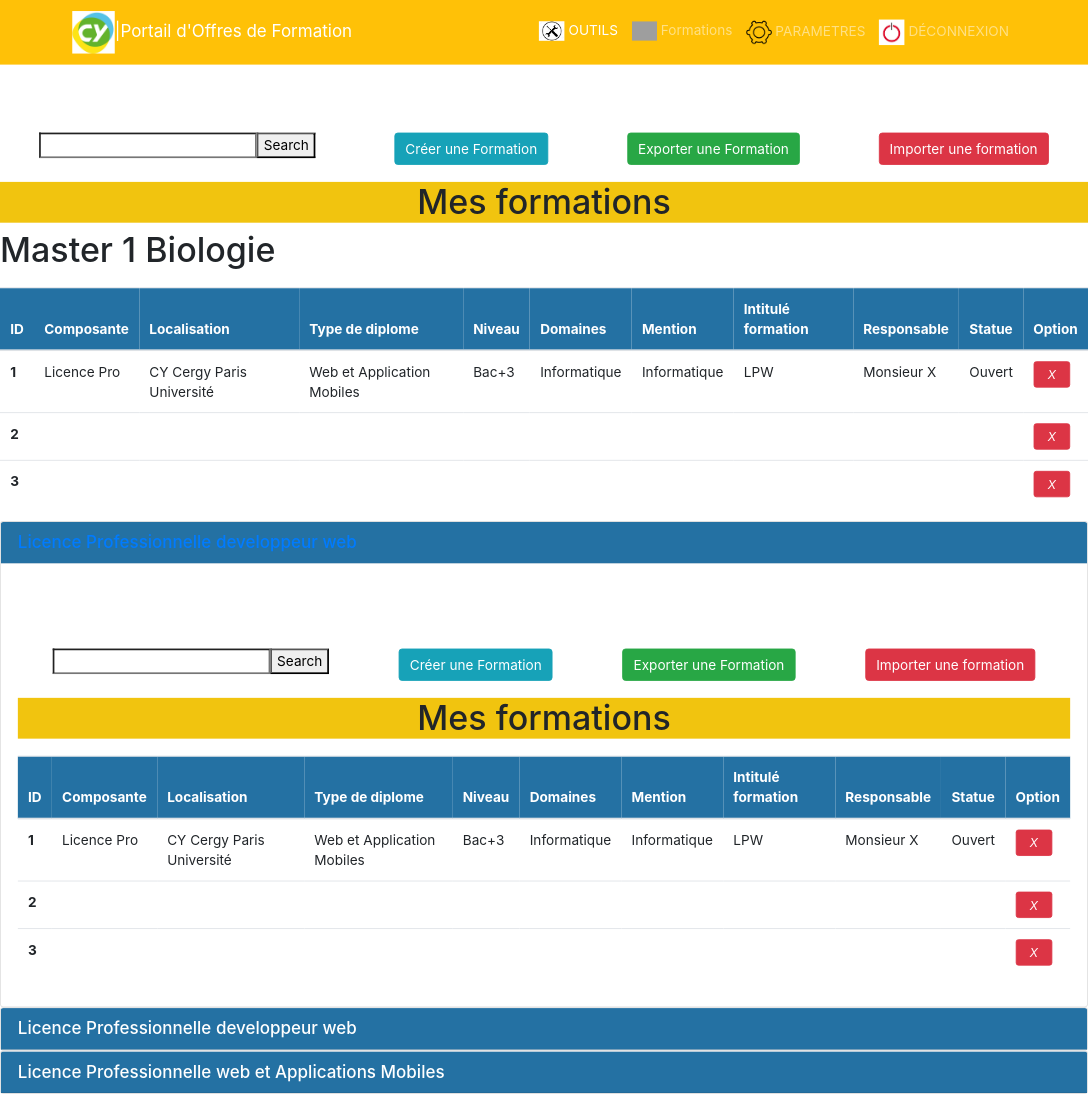
Repository: BaldeThierno1990/Projet-1-formation-tableau-generique-vue-export
Page: / (app in mcc/)
These files come from the project's save history. The page is drawn as it stood at one moment and after the next save; the edit follows.
The browser window is 1280 px wide. The pictures show the whole page, at 85% of full size.
Pictures or frames that could not be fetched are drawn as grey boxes. The project was rebuilt for these pictures with package versions that can differ from the ones it lists, and the page was loaded fresh each time.

Above is the page before, as saved 2021-03-22 14:47:43.

### mcc/src/main.js
import Vue from 'vue'
import App from './App.vue'

import 'bootstrap';
import 'bootstrap/dist/css/bootstrap.min.css';

Vue.config.productionTip = false

new Vue({
  render: h => h(App),
}).$mount('#app')

### mcc/src/App.vue
<template>
  <div id="app">

  <v-header></v-header>
  <v-tableau></v-tableau>
  <v-formation></v-formation>
  <v-footer></v-footer>


  </div>
</template>

<script>
import VTableau from './components/tableau/Vtableau.vue'
import VHeader from './components/menu/VHeader.vue'
import VFormation from './components/tableau/VFormation.vue'
import VFooter from './components/footer/Vfooter.vue'
export default {
  name: 'App',
  components: {
  VHeader,
    VTableau,
    VFormation,
    VFooter

  }
}
</script>

<style>
#app {
  font-family: Avenir, Helvetica, Arial, sans-serif;
  -webkit-font-smoothing: antialiased;
  -moz-osx-font-smoothing: grayscale;
  text-align: center;
  color: #2c3e50;
}
#nav {
  padding: 30px;
}

### mcc/src/components/tableau/Vtableau.vue
<template>
<div class="table">
    <div class="parent">
        <div class="formation">
         <input type="search" id="site-search" name="q"
        aria-label="Search through site content">
        <button>Search</button></div>
        <div class="formation"><button type="button" class="btn btn-info">Créer une Formation</button></div>
          <div class="formation"><button type="button" class="btn btn-success">Exporter une Formation</button></div>
        <div class="formation"><button type="button" class="btn btn-danger">Importer une formation</button></div>



    </div>


    <div>
        <div class="menu">
        <h1> Mes formations</h1>
    </div>
    <div><h1>Master 1 Biologie</h1></div>
    <table class="table align-middle">

  <thead>
    <tr class="colonne">
      <th scope="col">ID</th>
      <th scope="col">Composante</th>
      <th scope="col">Localisation</th>
      <th scope="col">Type de diplome</th>
      <th scope="col">Niveau</th>
      <th scope="col">Domaines</th>
      <th scope="col">Mention</th>
      <th scope="col">Intitulé formation</th>
      <th scope="col">Responsable</th>
      <th scope="col">Statue</th>
      <th scope="col">Option</th>
    </tr>
  </thead>
  <tbody>
    <tr>
      <th scope="row">1</th>
       <td>Licence Pro</td>
      <td>CY Cergy Paris Université</td>
      <td>Web et Application Mobiles</td>
      <td>Bac+3</td>
      <td>Informatique</td>
      <td>Informatique</td>
      <td>LPW</td>
      <td>Monsieur X</td>
      <td>Ouvert</td>
      <td>
        <button type="button" class="btn btn-danger btn-sm px-3">
          <i class="fas fa-times">X</i>
        </button>
      </td>
    </tr>
    <tr>
      <th scope="row">2</th>
      <td></td>
      <td></td>
      <td></td>
      <td></td>
      <td></td>
      <td></td>
      <td></td>
      <td></td>
      <td></td>

      <td>
        <button type="button" class="btn btn-danger btn-sm px-3">
          <i class="fas fa-times">X</i>
        </button>
      </td>
    </tr>
    <tr>
      <th scope="row">3</th>
       <td></td>
      <td></td>
      <td></td>
      <td></td>
      <td></td>
      <td></td>
      <td></td>
      <td></td>
      <td></td>
      <td>
        <button type="button" class="btn btn-danger btn-sm px-3">
          <i class="fas fa-times">X</i>
        </button>
      </td>
    </tr>

  </tbody>
</table>
 </div>
</div>


</template>

<style>
.parent{
     display: flex;
     justify-content: space-around;
     margin-top: 80px;

}
.table{
    margin-top: 20px;
}
.colonne{
    background-color: #2471A3;
    color: white;
}
.menu{
    text-align: center;
    background-color: #F1C40F;
    margin-top: 20px;
}
</style>


<script>
export default {

}
</script>

### mcc/src/components/menu/VHeader.vue
<template>
<div class="header">
  <!-- Navigation -->
<nav class="navbar navbar-expand-lg navbar-dark bg-warning static-top">
  <div class="container">
    <a class="navbar-brand" href="#">
          <img src="@/assets/logo.jpg" alt="Logo" width="50">|Portail d'Offres de Formation
        </a>
    <button class="navbar-toggler" type="button" data-toggle="collapse" data-target="#navbarResponsive" aria-controls="navbarResponsive" aria-expanded="false" aria-label="Toggle navigation">
          <span class="navbar-toggler-icon"></span>
        </button>
    <div class="collapse navbar-collapse" id="navbarResponsive">
      <ul class="navbar-nav ml-auto">
        <li class="nav-item active">
          <a class="nav-link" href="#"> <img src="@/assets/icone_outils.jpg" alt="Outils" width="30"> OUTILS
                <span class="sr-only">(current)</span>
              </a>
        </li>

        <li class="nav-item">
          <a class="nav-link" href="#"><img src="@/assets/icone_formation.png" alt="Formation" width="30">  Formations</a>
        </li>
        <li class="nav-item">
          <a class="nav-link" href="#"><img src="@/assets/icone_parametre.png" alt="Parametre" width="30">  PARAMETRES</a>
        </li>
         <li class="nav-item">
          <a class="nav-link" href="#"> <img src="@/assets/icone_deconnexion.jpeg" alt="Formation" width="30"> DÉCONNEXION</a>
        </li>
      </ul>
    </div>
  </div>
</nav>
</div>

</template>

### mcc/src/components/tableau/VFormation.vue
<template>
    <div id="accordion" role="tablist">
  <div class="card">
    <div class="card-header" role="tab" id="heading">
      <h5 class="mb-0">
        <a data-toggle="collapse" href="#collapseOne" aria-expanded="true" aria-controls="collapseOne">
       Licence Professionnelle developpeur web
        </a>
      </h5>
</div>
<div id="collapseOne" class="collapse show" role="tabpanel" aria-labelledby="headingOne" data-parent="#accordion">
      <div class="card-body">
       <div class="table">
    <div class="parent">
        <div class="formation">
         <input type="search" id="site-search" name="q"
        aria-label="Search through site content">
        <button>Search</button></div>
        <div class="formation"><button type="button" class="btn btn-info">Créer une Formation</button></div>
          <div class="formation"><button type="button" class="btn btn-success">Exporter une Formation</button></div>
        <div class="formation"><button type="button" class="btn btn-danger">Importer une formation</button></div>



    </div>


    <div>
        <div class="menu">
        <h1> Mes formations</h1>
    </div>
    <table class="table align-middle">

  <thead>
    <tr class="colonne">
      <th scope="col">ID</th>
      <th scope="col">Composante</th>
      <th scope="col">Localisation</th>
      <th scope="col">Type de diplome</th>
      <th scope="col">Niveau</th>
      <th scope="col">Domaines</th>
      <th scope="col">Mention</th>
      <th scope="col">Intitulé formation</th>
      <th scope="col">Responsable</th>
      <th scope="col">Statue</th>
      <th scope="col">Option</th>
    </tr>
  </thead>
  <tbody>
    <tr>
      <th scope="row">1</th>
       <td>Licence Pro</td>
      <td>CY Cergy Paris Université</td>
      <td>Web et Application Mobiles</td>
      <td>Bac+3</td>
      <td>Informatique</td>
      <td>Informatique</td>
      <td>LPW</td>
      <td>Monsieur X</td>
      <td>Ouvert</td>
      <td>
        <button type="button" class="btn btn-danger btn-sm px-3">
          <i class="fas fa-times">X</i>
        </button>
      </td>
    </tr>
    <tr>
      <th scope="row">2</th>
      <td></td>
      <td></td>
      <td></td>
      <td></td>
      <td></td>
      <td></td>
      <td></td>
      <td></td>
      <td></td>

      <td>
        <button type="button" class="btn btn-danger btn-sm px-3">
          <i class="fas fa-times">X</i>
        </button>
      </td>
    </tr>
    <tr>
      <th scope="row">3</th>
       <td></td>
      <td></td>
      <td></td>
      <td></td>
      <td></td>
      <td></td>
      <td></td>
      <td></td>
      <td></td>
      <td>
        <button type="button" class="btn btn-danger btn-sm px-3">
          <i class="fas fa-times">X</i>
        </button>
      </td>
    </tr>

  </tbody>
</table>
        </div>



</div>

      </div>
</div>
</div>
<div class="card">
    <div class="card-header" role="tab" id="heading">
      <h5 class="mb-0">
        <a class="collapsed" data-toggle="collapse" href="#collapseTwo" aria-expanded="false" aria-controls="collapseTwo">
       Licence Professionnelle developpeur web
        </a>
      </h5>
</div>
<div id="collapseTwo" class="collapse" role="tabpanel" aria-labelledby="headingTwo" data-parent="#accordion">
      <div class="card-body">
      <div class="table">
    <div class="parent">
        <div class="formation">
         <input type="search" id="site-search" name="q"
        aria-label="Search through site content">
        <button>Search</button></div>
        <div class="formation"><button type="button" class="btn btn-info">Créer une Formation</button></div>
          <div class="formation"><button type="button" class="btn btn-success">Exporter une Formation</button></div>
        <div class="formation"><button type="button" class="btn btn-danger">Importer une formation</button></div>



    </div>


    <div>
        <div class="menu">
        <h1> Mes formations</h1>
    </div>
    <table class="table align-middle">

  <thead>
    <tr class="colonne">
      <th scope="col">ID</th>
      <th scope="col">Composante</th>
      <th scope="col">Localisation</th>
      <th scope="col">Type de diplome</th>
      <th scope="col">Niveau</th>
      <th scope="col">Domaines</th>
      <th scope="col">Mention</th>
      <th scope="col">Intitulé formation</th>
      <th scope="col">Responsable</th>
      <th scope="col">Statue</th>
      <th scope="col">Option</th>
    </tr>
  </thead>
  <tbody>
    <tr>
      <th scope="row">1</th>
       <td>Licence Pro</td>
      <td>CY Cergy Paris Université</td>
      <td>Web et Application Mobiles</td>
      <td>Bac+3</td>
      <td>Informatique</td>
      <td>Informatique</td>
      <td>LPW</td>
      <td>Monsieur X</td>
      <td>Ouvert</td>
      <td>
        <button type="button" class="btn btn-danger btn-sm px-3">
          <i class="fas fa-times">X</i>
        </button>
      </td>
    </tr>
    <tr>
      <th scope="row">2</th>
      <td></td>
      <td></td>
      <td></td>
      <td></td>
      <td></td>
      <td></td>
      <td></td>
      <td></td>
      <td></td>

      <td>
        <button type="button" class="btn btn-danger btn-sm px-3">
          <i class="fas fa-times">X</i>
        </button>
      </td>
    </tr>
    <tr>
      <th scope="row">3</th>
       <td></td>
      <td></td>
      <td></td>
      <td></td>
      <td></td>
      <td></td>
      <td></td>
      <td></td>
      <td></td>
      <td>
        <button type="button" class="btn btn-danger btn-sm px-3">
          <i class="fas fa-times">X</i>
        </button>
      </td>
    </tr>

  </tbody>
</table>
        </div>



</div>

      </div>
</div>
</div>


<div class="card">
    <div class="card-header" role="tab" id="heading">
      <h5 class="mb-0">
        <a class="collapsed" data-toggle="collapse" href="#collapseThree" aria-expanded="false" aria-controls="collapseThree">
    Licence Professionnelle web et Applications Mobiles
        </a>
      </h5>
</div>
<div id="collapseThree" class="collapse" role="tabpanel" aria-labelledby="headingThree" data-parent="#accordion">
      <div class="card-body">
      <div class="table">
    <div class="parent">
        <div class="formation">
         <input type="search" id="site-search" name="q"
        aria-label="Search through site content">
        <button>Search</button></div>
        <div class="formation"><button type="button" class="btn btn-info">Créer une Formation</button></div>
          <div class="formation"><button type="button" class="btn btn-success">Exporter une Formation</button></div>
        <div class="formation"><button type="button" class="btn btn-danger">Importer une formation</button></div>



    </div>


    <div>
        <div class="menu">
        <h1> Mes formations</h1>
    </div>
    <table class="table align-middle">

  <thead>
    <tr class="colonne">
      <th scope="col">ID</th>
      <th scope="col">Composante</th>
      <th scope="col">Localisation</th>
      <th scope="col">Type de diplome</th>
      <th scope="col">Niveau</th>
      <th scope="col">Domaines</th>
      <th scope="col">Mention</th>
      <th scope="col">Intitulé formation</th>
      <th scope="col">Responsable</th>
      <th scope="col">Statue</th>
      <th scope="col">Option</th>
    </tr>
  </thead>
  <tbody>
    <tr>
      <th scope="row">1</th>
       <td>Licence Pro</td>
      <td>CY Cergy Paris Université</td>
      <td>Web et Application Mobiles</td>
      <td>Bac+3</td>
      <td>Informatique</td>
      <td>Informatique</td>
      <td>LPW</td>
      <td>Monsieur X</td>
      <td>Ouvert</td>
      <td>
        <button type="button" class="btn btn-danger btn-sm px-3">
          <i class="fas fa-times">X</i>
        </button>
      </td>
    </tr>
    <tr>
      <th scope="row">2</th>
      <td></td>
      <td></td>
      <td></td>
      <td></td>
      <td></td>
      <td></td>
      <td></td>
      <td></td>
      <td></td>

      <td>
        <button type="button" class="btn btn-danger btn-sm px-3">
          <i class="fas fa-times">X</i>
        </button>
      </td>
    </tr>
    <tr>
      <th scope="row">3</th>
       <td></td>
      <td></td>
      <td></td>
      <td></td>
      <td></td>
      <td></td>
      <td></td>
      <td></td>
      <td></td>
      <td>
        <button type="button" class="btn btn-danger btn-sm px-3">
          <i class="fas fa-times">X</i>
        </button>
      </td>
    </tr>

  </tbody>
</table>
</div>


</div>
</div>
</div>
</div>
</div>
</template>

<style>
[data-toggle="collapse"]:after {
display: inline-block;
    display: inline-block;
    font: normal normal normal 14px/1 FontAwesome;
    font-size: inherit;
    text-rendering: auto;
    -webkit-font-smoothing: antialiased;
    -moz-osx-font-smoothing: grayscale;
  content: "\f054";
  transform: rotate(90deg) ;
  transition: all linear 0.25s;
  float:right;
  }
[data-toggle="collapse"].collapsed:after {
  transform: rotate(0deg) ;


}
#heading{
    background-color:  #2471A3;

}
.collapsed{
    color: white;
}
</style>
<script>
export default {

}
</script>

Loaded but not shown: mcc/public/index.html (common file); mcc/src/components/footer/Vfooter.vue (no stored copy; drawn as an empty file)

After the next save:
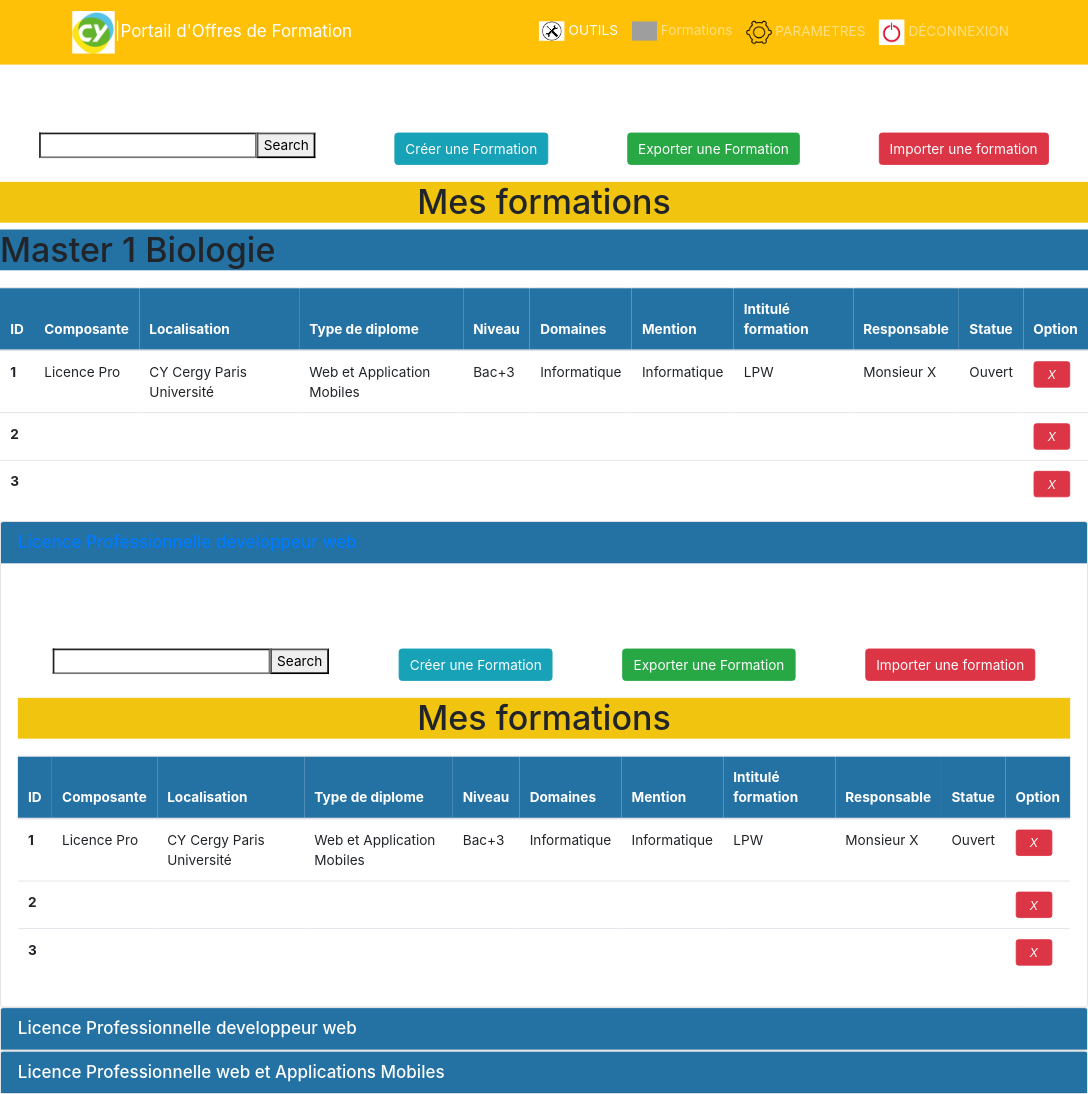
Saved 43 s later.
--- a/mcc/src/components/tableau/Vtableau.vue
+++ b/mcc/src/components/tableau/Vtableau.vue
@@ -18,7 +18,7 @@
         <div class="menu">
         <h1> Mes formations</h1>
     </div>
-    <div><h1>Master 1 Biologie</h1></div>
+    <div id="heading"><h1>Master 1 Biologie</h1></div>
     <table class="table align-middle">
 
   <thead>
